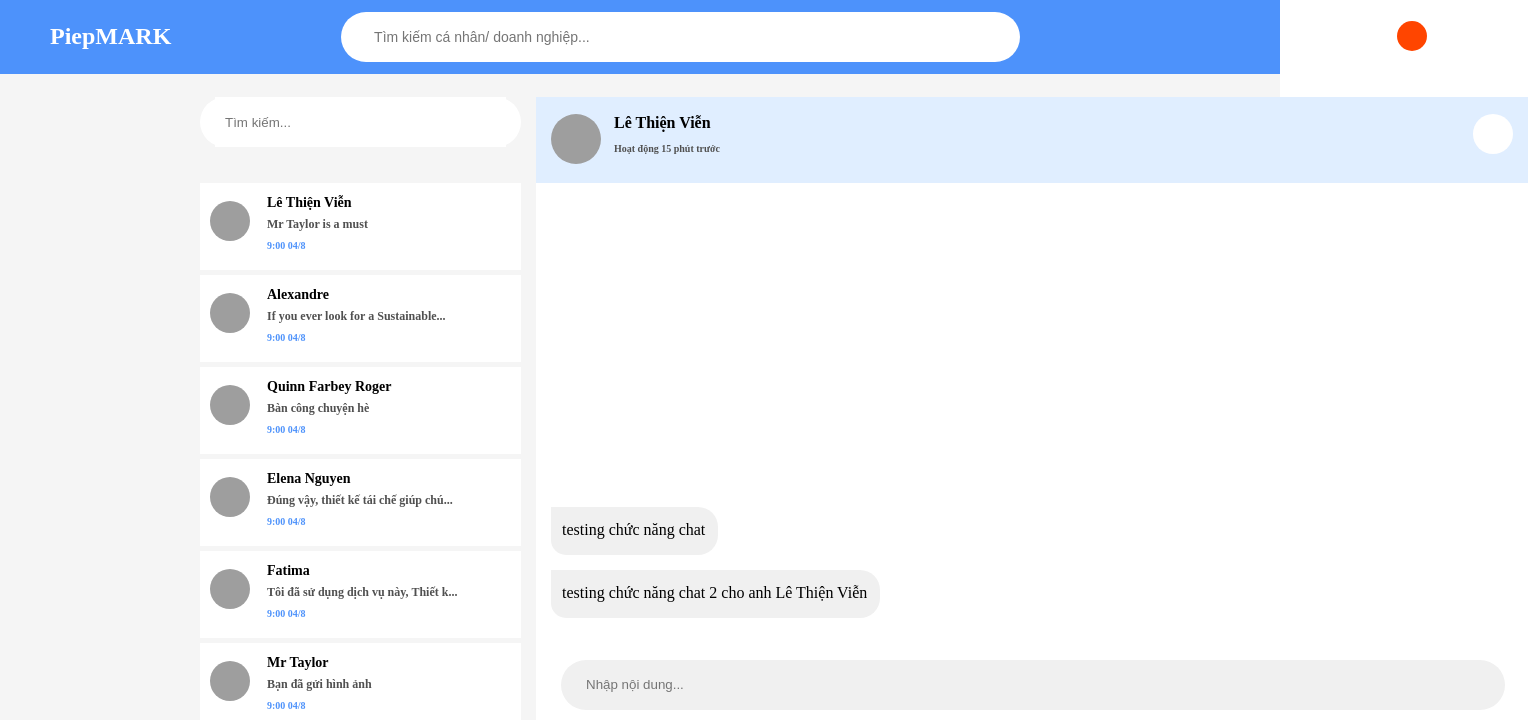
Repository: Jackietruong2805/th-c-t-p
Page: /chatbox/1 (app in vue-laravel-boilerplate/)
The author's editor kept a copy of each file at every save. The page is drawn from the files as they stood at one save, then again after the next save.
The browser window is 1280 px wide. The page is 1528 px wide, then 1445 px, then 1528 px, so the pictures cover 1528 px, including what lies to the right of the window. The pictures show the whole page.
Pictures or frames that could not be fetched are drawn as grey boxes. The project was rebuilt for these pictures with package versions that can differ from the ones it lists, and the page was loaded fresh each time. Also part of the build but not shown: vue-laravel-boilerplate/vite.config.ts, vue-laravel-boilerplate/src/components/DemoComponent.vue.

Above is the page before, as saved 2022-08-26 17:46:29.

After the next save:
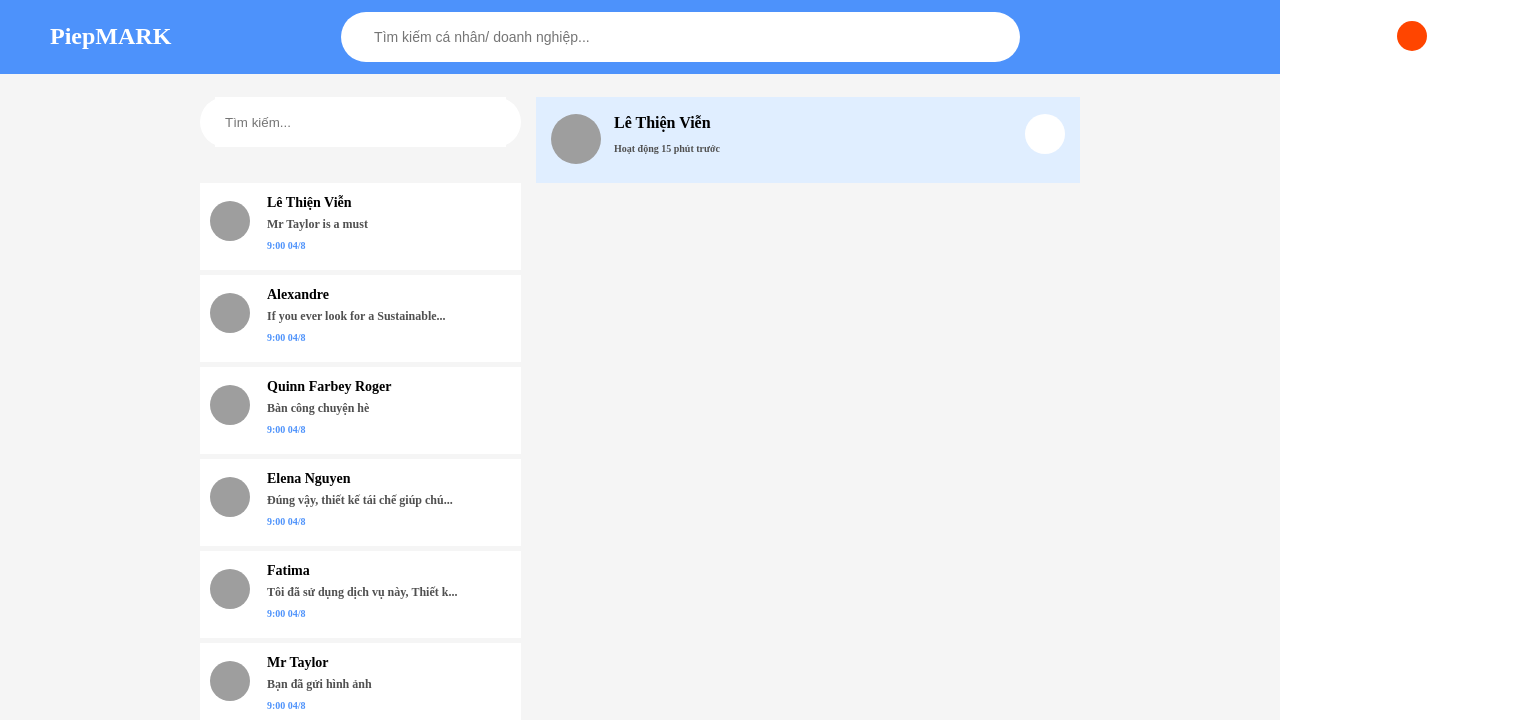
Console error: TypeError: Cannot read properties of undefined (reading '1')
Saved 97 s later.
--- a/vue-laravel-boilerplate/src/components/ChatMessage.vue
+++ b/vue-laravel-boilerplate/src/components/ChatMessage.vue
@@ -2,7 +2,9 @@
   <div
     ref="checkColor"
     :class="[
-      isMineChat ? 'message-content' : 'message-content2',
+      (isMineChat = message.content[1]
+        ? 'message-content'
+        : 'message-content2'),
       { active: true },
     ]"
   >
@@ -37,15 +39,7 @@
 
 let message = props.message.content;
 
-const myId = Math.random();
-
 let isMineChat = false;
-
-if (myId == route.params.id) {
-  isMineChat = true;
-} else {
-  isMineChat = false;
-}
 
 console.log(checkColor);
 </script>

After the 2 saves that followed:
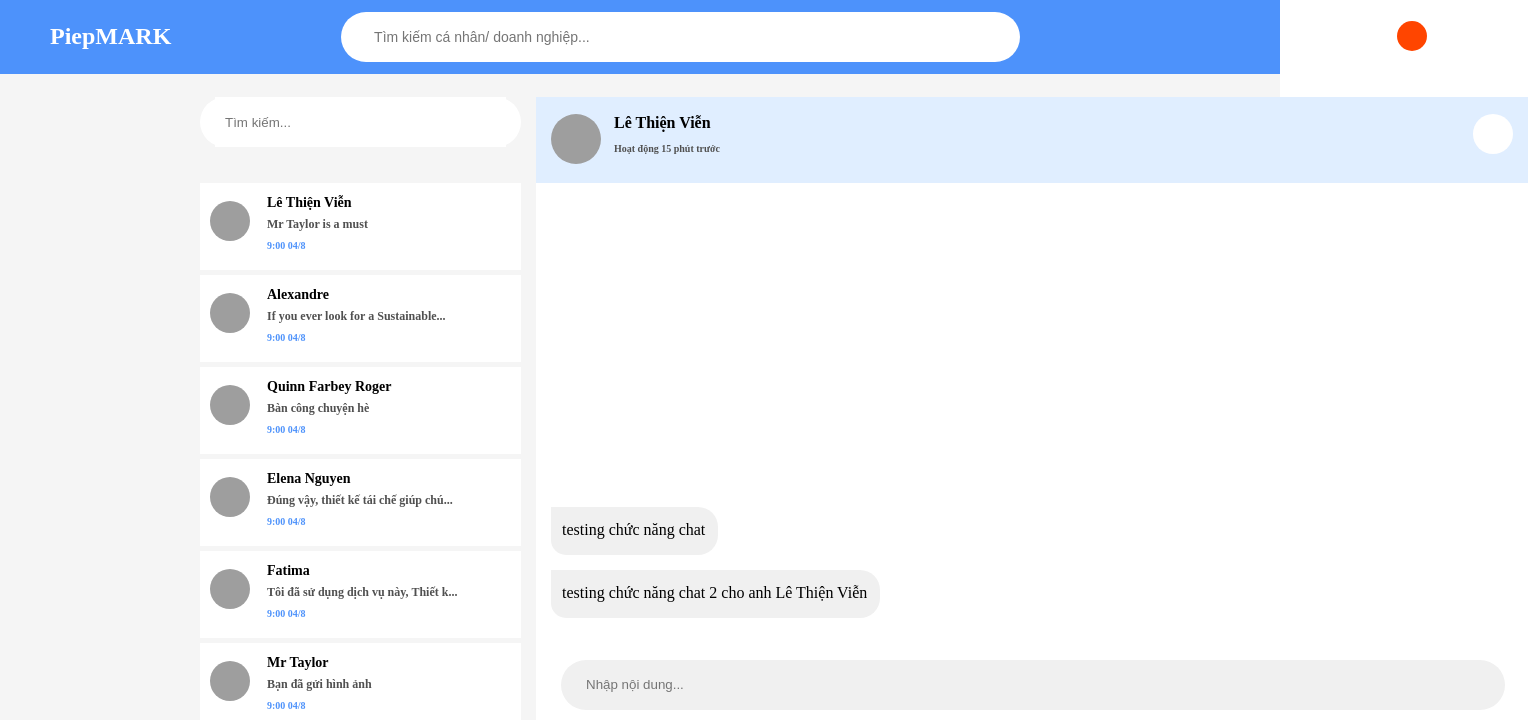
The error is gone.
The 2 saves are shown as one change because 1 left the picture as it was.
The last was saved 59 s later.
--- a/vue-laravel-boilerplate/src/components/ChatMessage.vue
+++ b/vue-laravel-boilerplate/src/components/ChatMessage.vue
@@ -2,9 +2,7 @@
   <div
     ref="checkColor"
     :class="[
-      (isMineChat = message.content[1]
-        ? 'message-content'
-        : 'message-content2'),
+      isMineChat ? 'message-content' : 'message-content2',
       { active: true },
     ]"
   >
